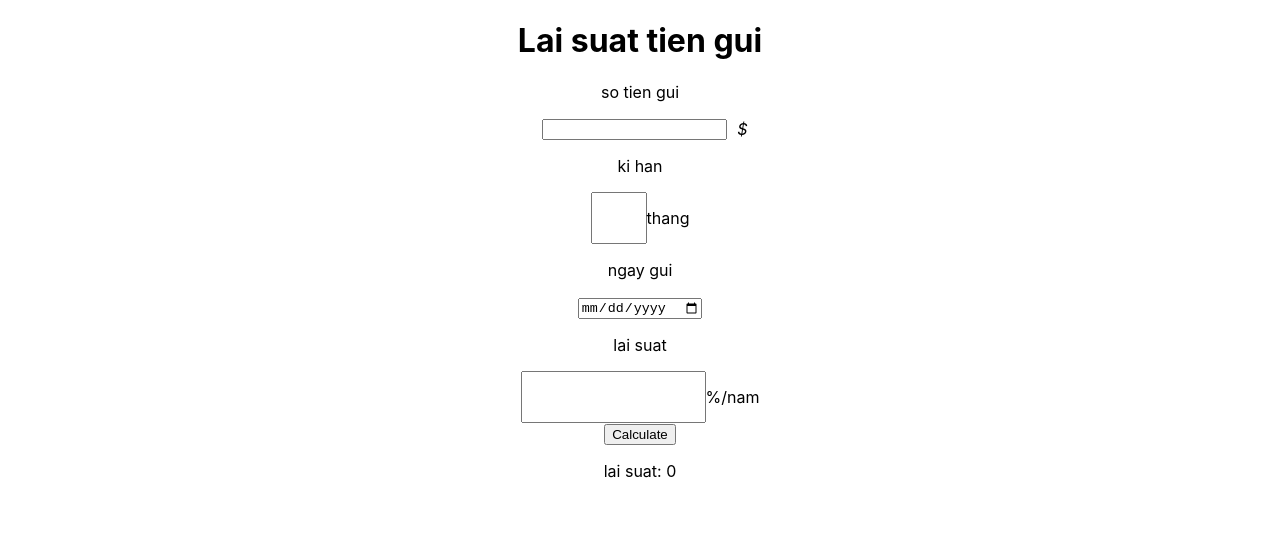
Repository: Trinvm1997/ReactExercise
Page: / (app in interest_rate/)
An editor plug-in stored every save of this project. The page is shown before and after the next save, followed by the edit.
The browser window is 1280 px wide. The pictures show the whole page.
The project was rebuilt for these pictures with package versions that can differ from the ones it lists, and the page was loaded fresh each time.

Above is the page before, as saved 2020-12-24 10:03:24.

### interest_rate/src/App.js
import './App.css';
import React, { Component } from 'react';

class App extends Component {
  constructor(props) {
    super(props);
    this.state = {
      money:0,
      time:0,
      interestRate:0,
      interest:0
    };
    this.handleChange = this.handleChange.bind(this);
    this.handleSubmit = this.handleSubmit.bind(this);
  }

  handleChange(event) {
    const value = event.target.value;
    const name = event.target.name;
    this.setState({
      [name]: value
    });
  }

  handleSubmit(event){
    event.preventDefault();
    this.setState({
      interest: this.state.money*(this.state.time/12)*this.state.interestRate
    })
  }

  render() {
    return (
      <div className="App">
        <form>
          <h1>Lai suat tien gui</h1>
          <p>so tien gui</p>
          <div style={{display: "inline-flex"}}>
            <input onChange={this.handleChange} name="money" type="number" min="1" step="1"></input><i>$</i>
          </div>
          <p>ki han</p>
          <div style={{display: "inline-flex"}}>
            <input onChange={this.handleChange} name="time" type="number" min="1" max="36" step="1"></input><p>thang</p>
          </div>
          <p>ngay gui</p>
          <input type="date"></input>
          <p>lai suat</p>
          <div style={{display: "inline-flex"}}>
            <input onChange={this.handleChange} name="interestRate" type="number" step="0.01"></input><p>%/nam</p>
          </div>
          <br />
          <button onClick={this.handleSubmit}>Calculate</button>
          <p>lai suat: {this.state.interest}</p>
        </form>
      </div>
    );
  }
}

export default App;

### interest_rate/src/App.css
.App {
  text-align: center;
}

.App-logo {
  height: 40vmin;
  pointer-events: none;
}

@media (prefers-reduced-motion: no-preference) {
  .App-logo {
    animation: App-logo-spin infinite 20s linear;
  }
}

.App-header {
  background-color: #282c34;
  min-height: 100vh;
  display: flex;
  flex-direction: column;
  align-items: center;
  justify-content: center;
  font-size: calc(10px + 2vmin);
  color: white;
}

.App-link {
  color: #61dafb;
}

i {
  margin-left: 5%;
}

@keyframes App-logo-spin {
  from {
    transform: rotate(0deg);
  }
  to {
    transform: rotate(360deg);
  }
}

Loaded but not shown: interest_rate/public/index.html (common file); interest_rate/src/index.js (common file); interest_rate/src/index.css (common file); interest_rate/src/reportWebVitals.js (common file)

After the next save:
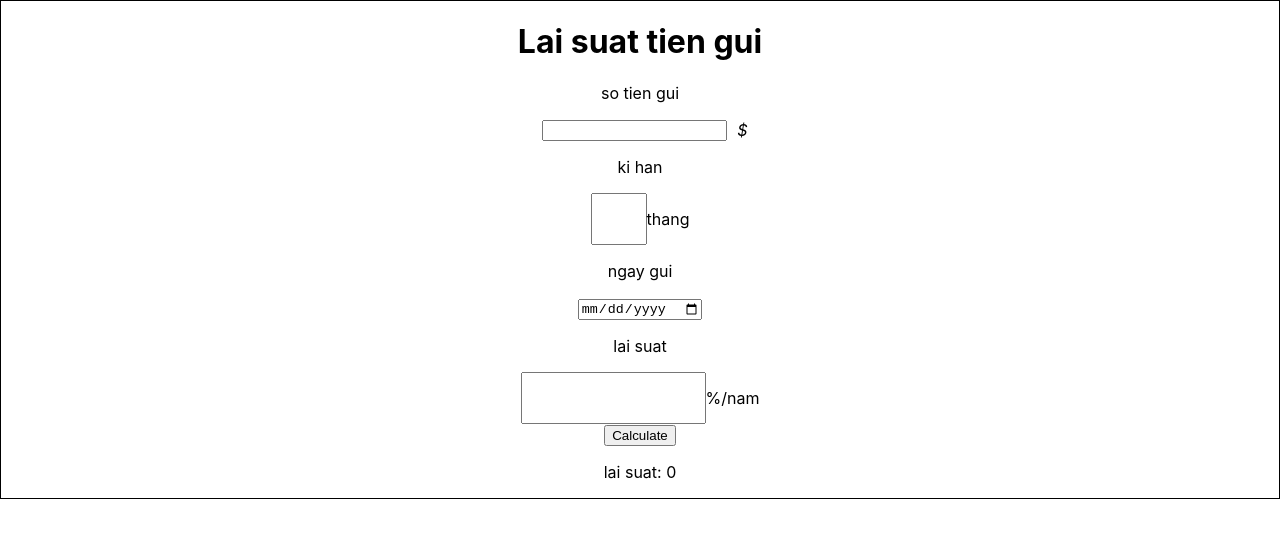
Saved 4 min 6 s later.
--- a/interest_rate/src/App.css
+++ b/interest_rate/src/App.css
@@ -40,3 +40,7 @@ i {
     transform: rotate(360deg);
   }
 }
+
+form {
+  border: 1px solid black;
+}
